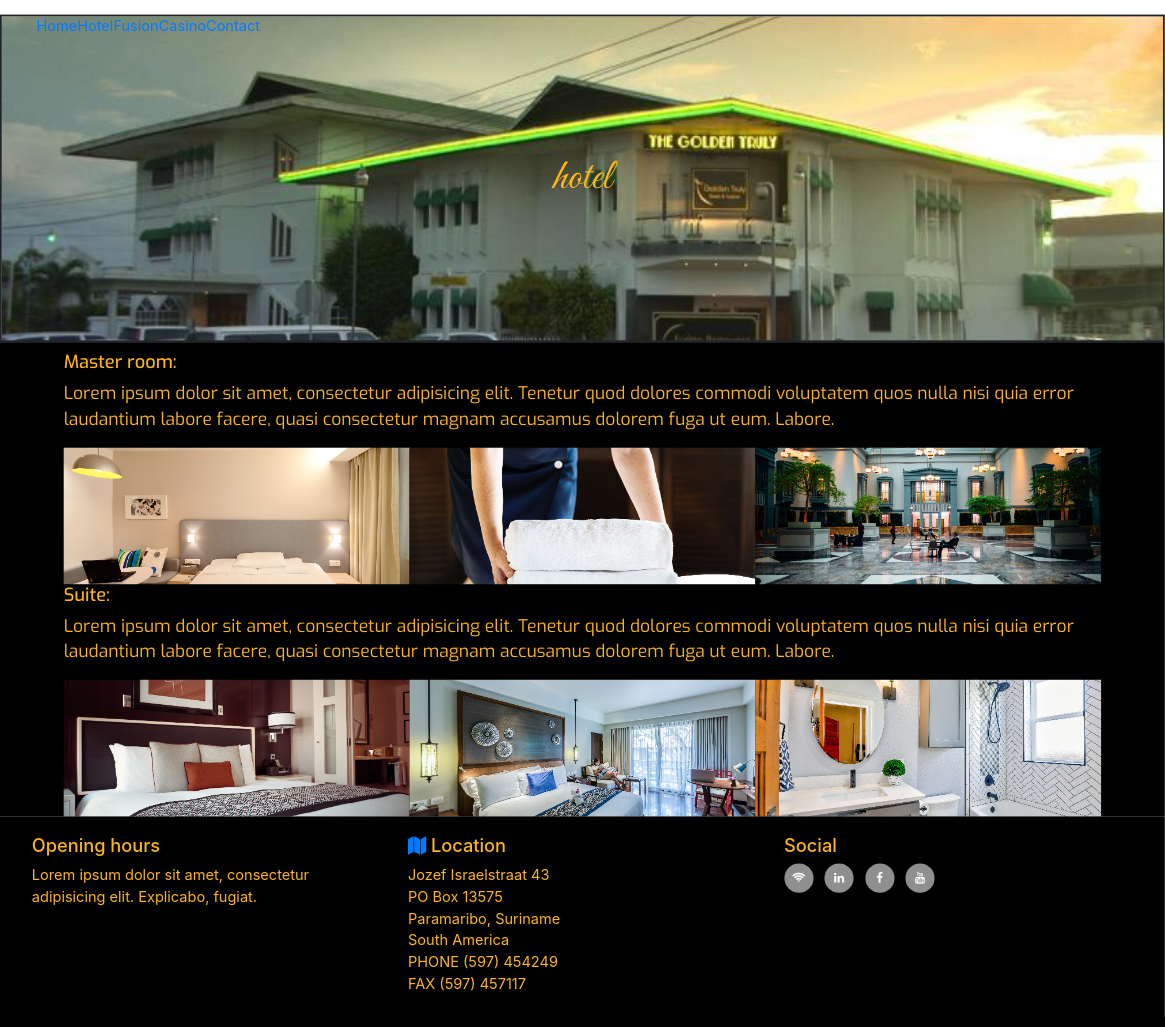
Repository: Code-Institute-Submissions/anthonycaf-Milestone1
Page: hotel.html
The author's editor kept a record of every edit. The page is drawn from the files as they stood at one moment, then again after the next edit.
The browser window is 1280 px wide. The pictures show the whole page, at 91% of full size.

Above is the page before.

### hotel.html
<!DOCTYPE html>
<html lang="en">
<head>
    <meta charset="UTF-8">
    <meta name="viewport" content="width=device-width, initial-scale=1.0">
    <meta http-equiv="X-UA-Compatible" content="ie=edge">
    <!--             links/bootstrap/fontawsome    -->
    <link rel="stylesheet" href="https://stackpath.bootstrapcdn.com/font-awesome/4.7.0/css/font-awesome.min.css" type="text/css" />
    <link rel="stylesheet" href="https://stackpath.bootstrapcdn.com/bootstrap/4.3.1/css/bootstrap.min.css" type="text/css" />
    <!--             main/css                      -->
    <link rel="stylesheet" href="./css/style.css" type="text/css" />
    <title>Golden Truly Hotel</title>
</head>
<body>
        <header>
            <div id="nav" class="container-navbar">
                <ul class="nav-bar-menu">
                    <li class="nav-bar-item"><a href="index.html">Home</a></li>
                    <li class="nav-bar-item"><a href="hotel.html">Hotel</a></li>
                    <li class="nav-bar-item"><a href="index.html">Fusion</a></li>
                    <li class="nav-bar-item"><a href="index.html">Casino</a></li>
                    <li class="nav-bar-item"><a href="contact.html">Contact</a></li>
                </ul>
            </nav>
            </div>
             <div class="bg-image-title">
                <a href="index.html" class="img"></a>
                <h1 class="uppercase text-center" id="title">hotel</h1>
            </div>
        </header>
        <main>
       <div class="container">
           <div class="row now gutters">
               <h5 class="uppercase text-center">Master room:</h5>
               <p>Lorem ipsum dolor sit amet, consectetur adipisicing elit.
               Tenetur quod dolores commodi voluptatem quos nulla nisi quia
               error laudantium labore facere, quasi consectetur magnam accusamus
               dolorem fuga ut eum. Labore.</p>
               <div class="master-img1 col-4 bg-img-size">
                <a href="index.html"></a></div>
                <div class="master-img2 col-4 bg-img-size">
                 <a href="hotel.html"></a></div>
                 <div class="master-img3 col-4 bg-img-size">
                  <a href="hotel.html"></a></div>
           </div>
       </div>
        <div class="container">
           <div class="row now gutters">
               <h5 class="uppercase text-center">Suite:</h5>
               <p>Lorem ipsum dolor sit amet, consectetur adipisicing elit.
               Tenetur quod dolores commodi voluptatem quos nulla nisi quia
               error laudantium labore facere, quasi consectetur magnam accusamus
               dolorem fuga ut eum. Labore.</p>
               <div class="suite-img1 col-4 bg-img-size">
                <a href="index.html"></a></div>
                <div class="suite-img2 col-4 bg-img-size">
                 <a href="hotel.html"></a></div>
                 <div class="suite-img3 col-4 bg-img-size">
                  <a href="hotel.html"></a></div>
           </div>
       </div>
       </main>
         <footer class="container-fluid">
    <div id="footer-details" class="row">
     <div class="col-sm-4">
      <h5 class="uppercase general-sub">Opening hours</h5>
      <p class="inline-block">
       Lorem ipsum dolor sit amet, consectetur adipisicing elit. Explicabo, fugiat.
      </p>
     </div>
     <div class="col-sm-4">
       <h5 class="uppercase general-sub"> <a href="assets/cv/sample-cv.pdf" target="_blank" class="cv-pdf">
        <i class="fa fa-map marker alt" aria-hidden="true"></i>
        <span class="sr-only">Map link.</span>
       </a>Location</h5>
       <p class="inline-block">Jozef Israelstraat 43<br>
           PO Box 13575<br>
           Paramaribo, Suriname<br>
              South America<br>
            PHONE (597) 454249<br>
              FAX (597) 457117
 </p>

     </div>
     <div class="col-sm-4">
       <h5 class="uppercase general-sub">Social</h5>
       <ul class="list-inline social-links">
           <li class="list-inline-item">
         <a href="#" target="_blank">
          <i class="fa fa-wifi" aria-hidden="true"></i>
          <span class="sr-only">wifi</span>
         </a>
        </li>
        <li class="list-inline-item">
         <a href="#" target="_blank">
          <i class="fa fa-linkedin" aria-hidden="true"></i>
          <span class="sr-only">Linkedin</span>
         </a>
        </li>

        <li class="list-inline-item">
         <a href="#" target="_blank">
          <i class="fa fa-facebook" aria-hidden="true"></i>
          <span class="sr-only">facebook</span>
         </a>
        </li>

        <li class="list-inline-item">
         <a href="#" target="_blank">
          <i class="fa fa-youtube" aria-hidden="true"></i>
          <span class="sr-only">youtube</span>
         </a>
        </li>
       </ul>
     </div>
    </div>
    </footer>


</body>
</html>

### css/style.css
 /*------------google-fonts----------*/

 @import url('https://fonts.googleapis.com/css?family=Exo:100,200,300,400,500,600,700|Great+Vibes&display=swap:100,200,300,400,500,600,700');

 body {
  margin: 0;
 }

 /*------------- images --------------*/

 .master-img1 {
  background-image: url(../images/master1.jpg);
 }

 .master-img2 {
  background-image: url(../images/housekeeping.jpg);
 }

 .master-img3 {
  background-image: url(../images/design-lobby-ceiling.jpg);
 }

 .suite-img1 {
  background-image: url(../images/suit1.jpg);
 }

 .suite-img2 {
  background-image: url(../images/suite2.jpg);
 }

 .suite-img3 {
  background-image: url(../images/suite3.jpg);
 }

 .bg-image-title {
  background: url("../images/golden-truly-hotel.jpg");
 }

 /*------------main----------*/

 main {
  font-family: "Exo", sans-serif;
  font-size: 1.2em;
  width: 100%;
  background-color: #000000;
  color: #fdb517;
  margin: 0 auto;
  padding-top: 10px;

 }

 .bg-image-title {
  background-clip: border-box;
  background-position: center;
  background-repeat: no-repeat;
  background-size: cover;
  transition: all .5s ease-in-out;
  -moz-transition: all .5s ease-in-out;
  -webkit-transition: all .5s ease-in-out;
  height: 360px;
  border: 2px solid;
 }

 #title {
  color: #fdb517;
  font-family: "Great Vibes", sans-serif;
  font-size: 3em;
  text-align: center;
  padding-top: 150px;
 }

 #welcome {
  color: #fdb517;
  font-family: "Great Vibes", sans-serif;
  font-size: 2.5em;

 }

 .dl-list {
  max-width: 70%;
 }
/*------------ Section ------*/
 .section {
  padding-top: 10px;
  padding-bottom: 10px;
  margin: 0 auto;
  max-width: 70%;
 }
 .casino, .fusion {
  margin-bottom: 0;
 }


 /*-----------main nav-bar----------*/

 #nav-bar {
  width: 100vw;
  list-style-type: none;
  margin: 0;
  padding: 0;
  overflow: hidden;
  background-color: #000;
 }

 .nav-bar-item {
  float: left;
 }

 .nav-bar-item .nav-link-item {
  display: inline-block;
  color: #fdb517;
  text-align: center;
  padding: 8px 8px;
  text-decoration: none;
 }

 .nav-bar-item .nav-link-item:hover {
  background-color: #fdb517;
  color: #000000;
  border-radius: 3px;
  transition: all .8s ease-in-out;
 }

 .nav-bar-item {
  display: inline-block;
 }


 dd {
  color: #fafafa;
 }

 .room-services-item {
  margin-bottom: 0px;
  border-bottom-width: 20px;
  padding-bottom: 40px;
 }

 /*----------------iframe -----------*/

 iframe {
  width: 100%;
  height: 360px;
  border: none;
  margin: 0;
 }

 /*-----------main footer----------*/

 .container-fluid {
  background-color: #000000;
  color: #fdb517;

 }

 footer {
  background-color: #525252;
  color: #fafafa;
  min-height: 120px;
  margin: 0;
  padding: 0;
 }

 .social-links {
  padding-bottom: 15px;
 }

 .social-links li a i {
  width: 32px;
  height: 32px;
  padding: 12px 0;
  border-radius: 50%;
  font-size: 13px;
  line-height: 7px;
  text-align: center;
  color: #fafafa;
  background-color: #8f8f8f;
  transition: all 0.35s ease-in-out;
  -moz-transition: all 0.35s ease-in-out;
  -webkit-transition: all 0.35s ease-in-out;
  -o-transition: all 0.35s ease-in-out;
 }

 .social-links li a i:hover {
  background: #fdb517;
 }

 #footer-details {
  padding: 20px;
 }

 /*-----------hotel.html----------*/

 .bg-img-size {

  background-clip: border-box;
  background-position: center;
  background-repeat: no-repeat;
  background-size: cover;
  width: 33.3%;
  height: 150px;
 }


 /*----------- contact.html/form --------*/

 .contact-heading,
 .contact-thanks {
  font-family: "Great Vibes", sans-serif;
  font-weight: 300;
  margin-top: 25px;
  margin-bottom: 20px;

 }

 form {
  padding-top: 10px;
  margin: 0 auto;
  max-width: 70%;
 }

 button[type="submit"] {
  margin-top: 15px;
  margin-bottom: 20px;
  color: #fdb517;
  background-color: #000000;

 }

 /*-------------------------------------Media queries*/

 @media(min-width: 992px) {
  .center-form {
   padding-top: 30px;
   min-height: 240px;
   margin: 0 auto;
   max-width: 50%;
  }
  .section {
   padding-top: 30px;
   padding-bottom: 30px;
   margin: 0 auto;
   max-width: 70%;
  }
  .dl-list {
   max-width: 70%;
  }
  .nav-bar-item .nav-link-item {
   padding: 14px 16px;
  }
 }

After the next edit:
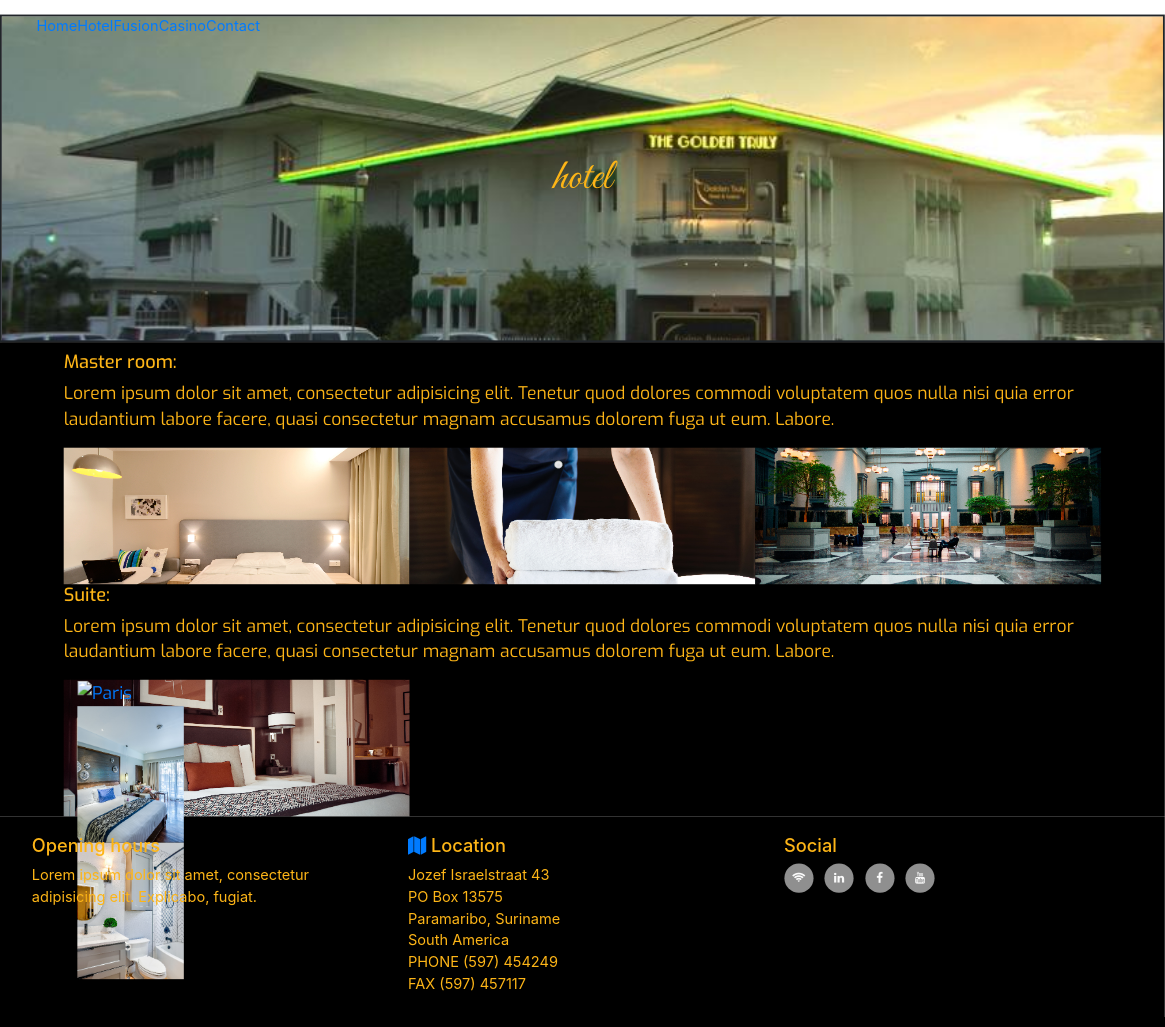
Not found: paris.jpg
The edit:
--- a/hotel.html
+++ b/hotel.html
@@ -52,7 +52,9 @@
                error laudantium labore facere, quasi consectetur magnam accusamus
                dolorem fuga ut eum. Labore.</p>
                <div class="suite-img1 col-4 bg-img-size">
-                <a href="index.html"></a></div>
+               <a target="_blank" href="paris.jpg">
+  <img src="paris.jpg" alt="Paris" style="width:150px">
+</a>
                 <div class="suite-img2 col-4 bg-img-size">
                  <a href="hotel.html"></a></div>
                  <div class="suite-img3 col-4 bg-img-size">
